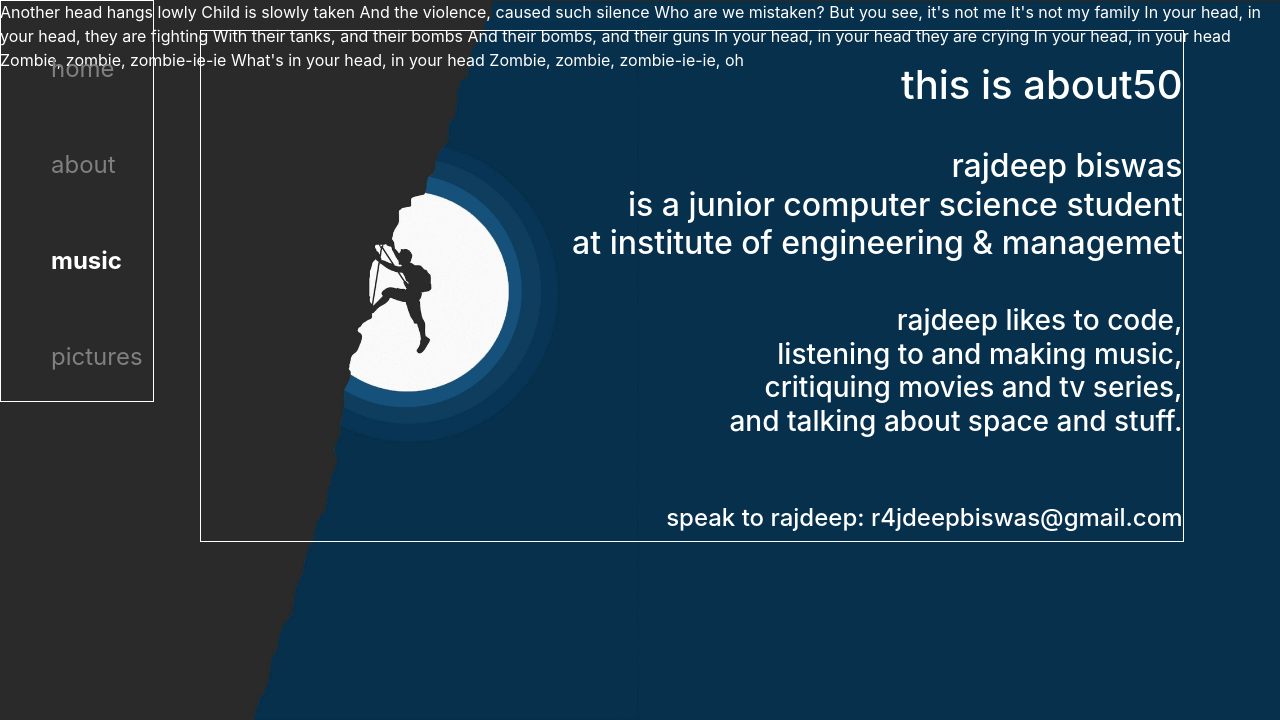
Repository: rajdeep-biswas/allofc50-iguess
Page: pset5/homepage/music.html
The author's editor kept a record of every edit. The page is drawn from the files as they stood at one moment, then again after the next edit.
The browser window is 1280 px wide. The pictures show the whole page.

Above is the page before.

After the next edit:
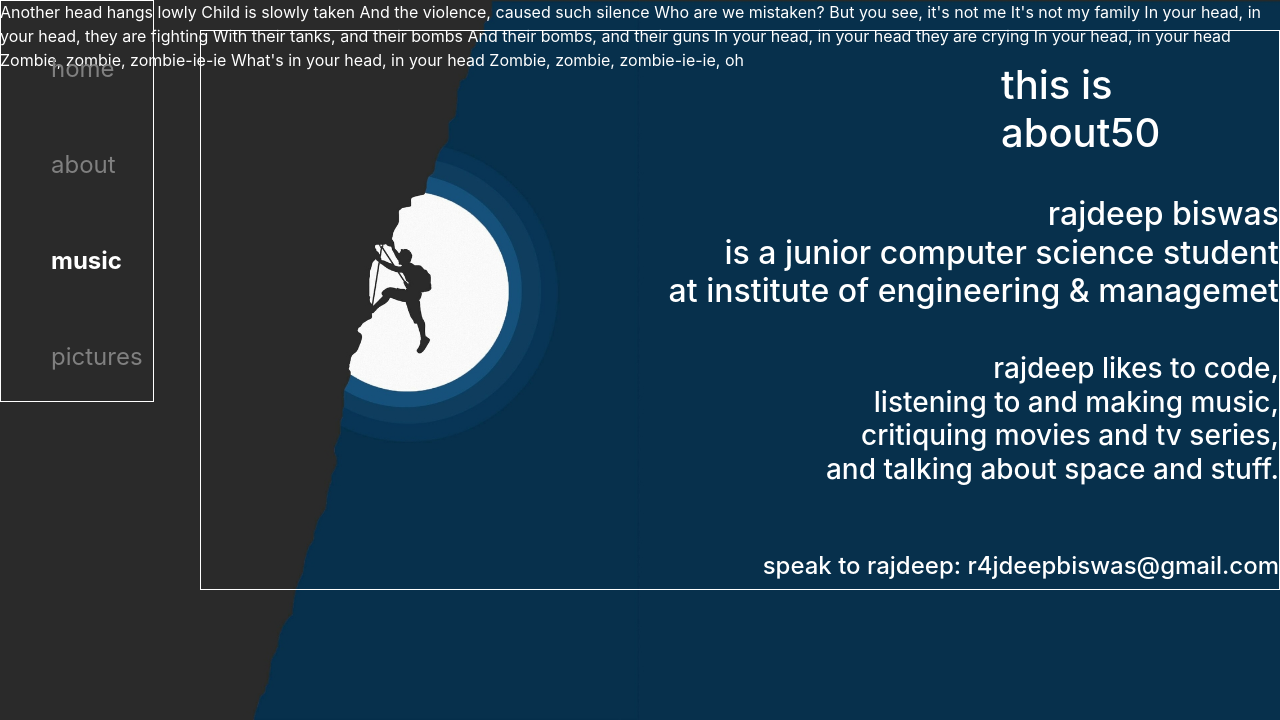
The edit:
--- a/pset5/homepage/styles.css
+++ b/pset5/homepage/styles.css
@@ -38,7 +38,7 @@
 }
 
 .shiftRight {
-    margin: 30px 0 0 700px;
+    margin: 30px 0 0 800px;
 }
 
 h4, h3, h2 {
